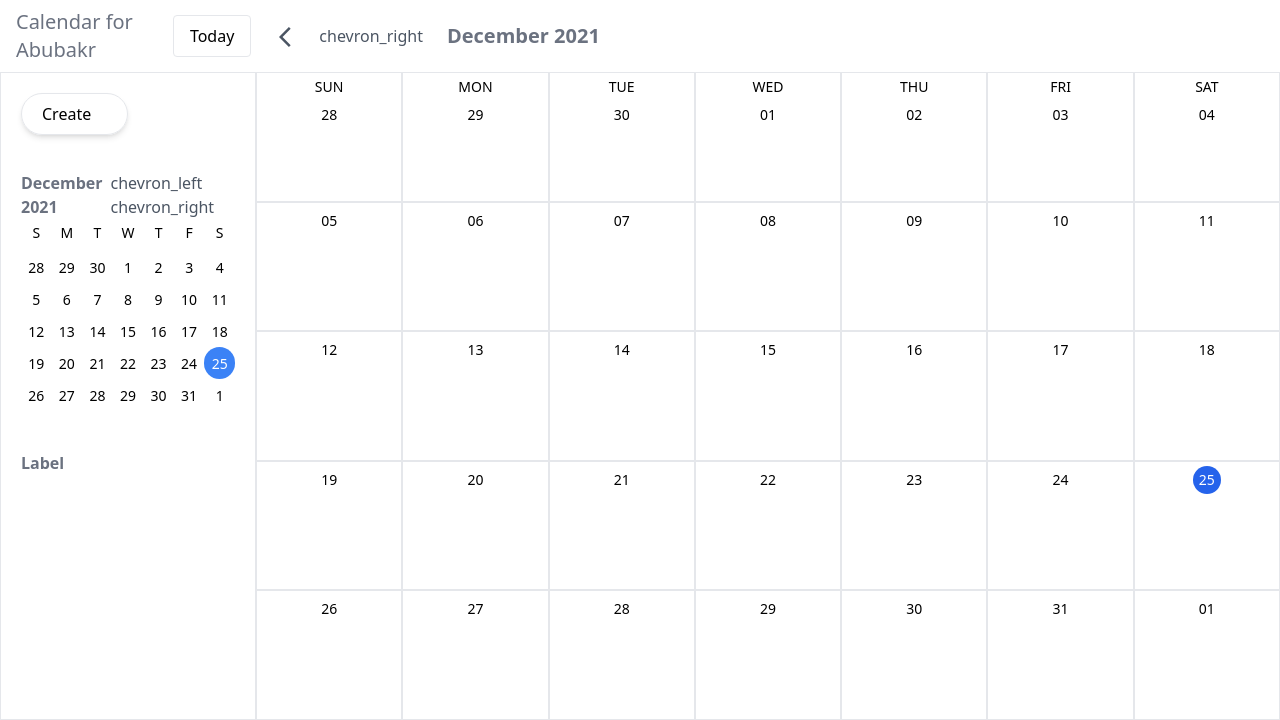
Repository: om1ars/react-calendar
Page: /
An editor plug-in stored every save of this project. The page is shown before and after a run of saves, followed by the edit.
The browser window is 1280 px wide. The pictures show the whole page.
The project was rebuilt for these pictures with package versions that can differ from the ones it lists, and the page was loaded fresh each time. Also part of the build but not shown: craco.config.js, src/App.css, src/components/EventModal.jsx.

Above is the page before, as saved 2021-12-25 16:24:04.

After the next 2 saves:
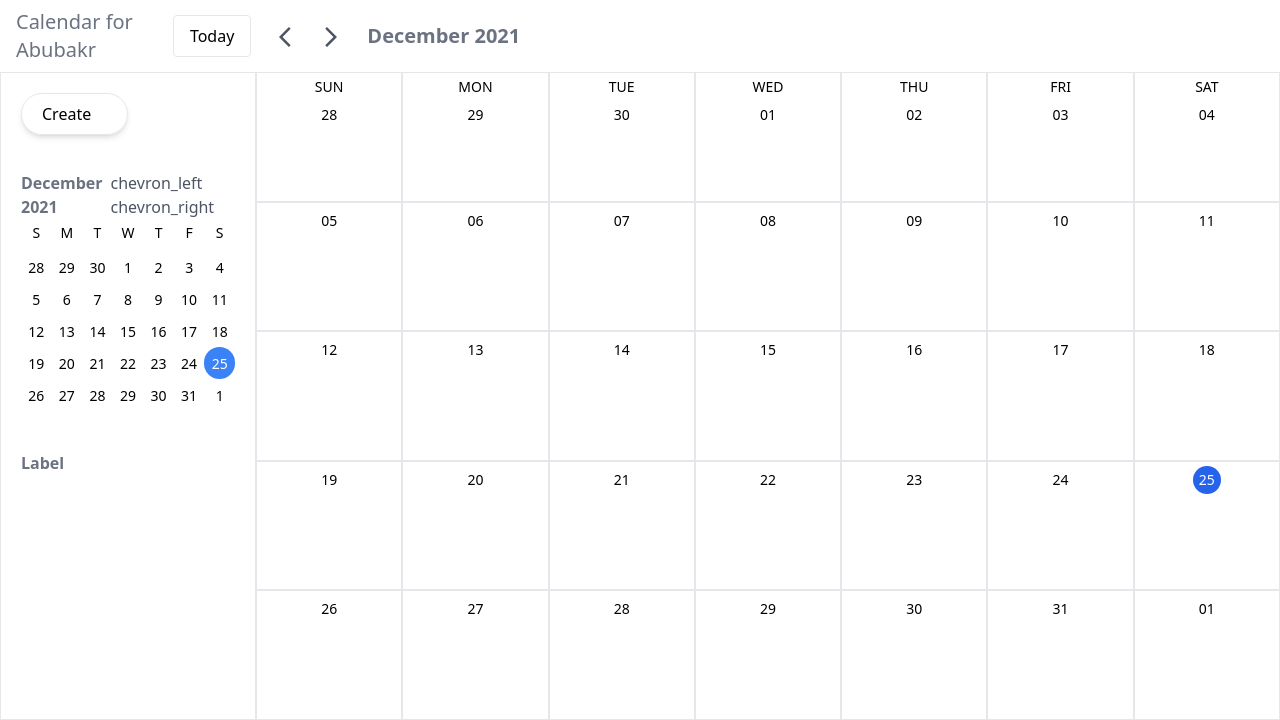
The 2 saves are shown as one change because they came seconds apart.
The last was saved 7 s later.
--- a/src/components/CalendarHeader.tsx
+++ b/src/components/CalendarHeader.tsx
@@ -2,7 +2,7 @@ import dayjs from "dayjs";
 import React, { useContext } from "react";
 import GlobalContext from "../context/GlobalContext";
 import ArrowBackIosIcon from "@mui/icons-material/ArrowBackIos";
-import ArrowForwardIosIcon from '@mui/icons-material/ArrowForwardIos';
+import ArrowForwardIosIcon from "@mui/icons-material/ArrowForwardIos";
 export default function CalendarHeader() {
   const { monthIndex, setMonthIndex } = useContext(GlobalContext);
   function handlePrevMonth() {
@@ -35,7 +35,7 @@ export default function CalendarHeader() {
       </button>
       <button onClick={handleNextMonth}>
         <span className="material-icons-outlined cursor-pointer text-gray-600 mx-2">
-          chevron_right
+          <ArrowForwardIosIcon />
         </span>
       </button>
       <h2 className="ml-4 text-xl text-gray-500 font-bold">
